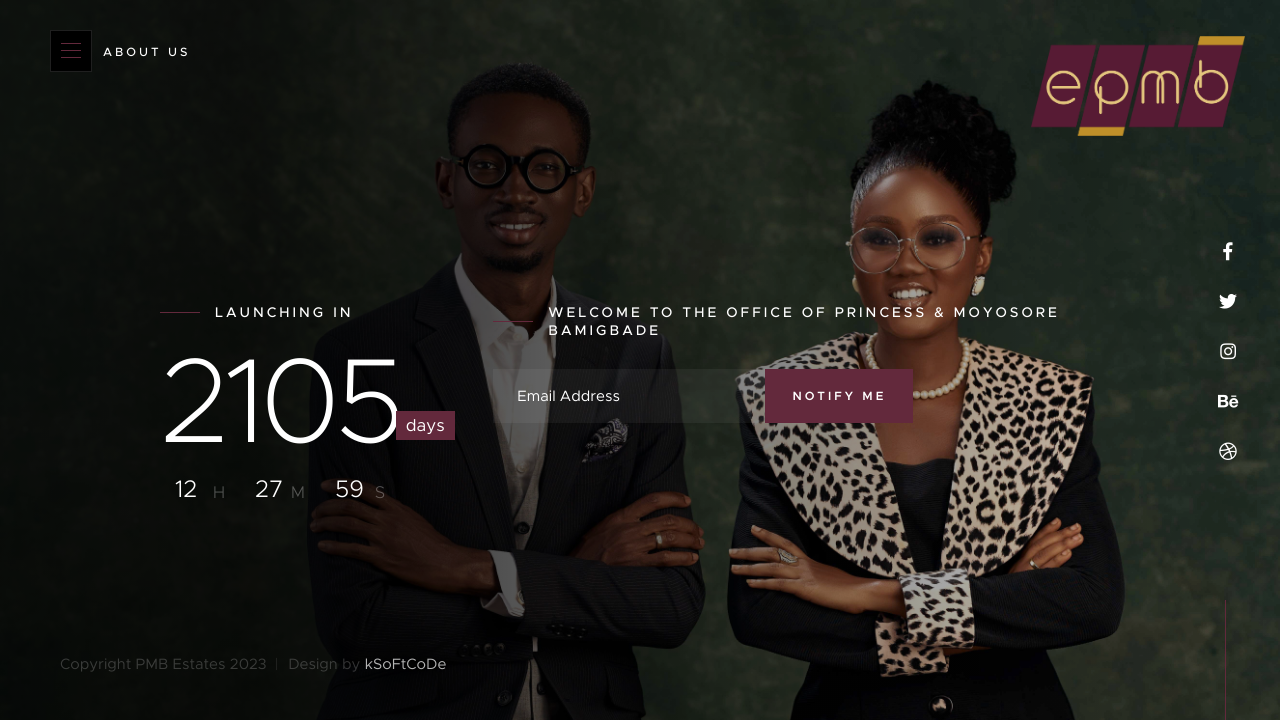
Repository: Ksoftcode/PMB
Page: index.html
These files come from the project's save history. The page is drawn as it stood at one moment and after the next save; the edit follows.
The browser window is 1280 px wide. The pictures show the whole page.

Above is the page before, as saved 2023-03-27 12:44:57.

### index.html
<!DOCTYPE html>
<html class="no-js" lang="en">
<head>

    <!--- basic page needs
    ================================================== -->
    <meta charset="utf-8">
    <title>Launch | EPMB</title>
    <meta name="description" content="">
    <meta name="author" content="">

    <!-- mobile specific metas
    ================================================== -->
    <meta name="viewport" content="width=device-width, initial-scale=1">

    <!-- CSS
    ================================================== -->
    <link rel="stylesheet" href="css/base.css">
    <link rel="stylesheet" href="css/vendor.css">
    <link rel="stylesheet" href="css/main.css">

    <!-- script
    ================================================== -->
    <script src="js/modernizr.js"></script>
    <script src="js/pace.min.js"></script>

    <!-- favicons
    ================================================== -->
    <link rel="shortcut icon" href="favicon.ico" type="image/x-icon">
    <link rel="icon" href="favicon.ico" type="image/x-icon">

</head>

<body>

    <!-- home
    ================================================== -->
    <main class="s-home s-home--static">

        <div class="overlay"></div>

        <div class="home-content">

            <div class="home-logo">
                <a href="index-static.html">
                    <img src="images/logo.png" alt="Homepage">
                </a>
            </div>

            <div class="row home-content__main">

                <div class="col-eight home-content__text pull-right">
                    <h3>Welcome to the office of Princess & Moyosore Bamigbade</h3>

                    <!-- <h1>
                    We are currently working <br>
                    on a new super awesome <br> website.
                    </h1> -->

                    <!-- <p>
                        The future has a way of arriving unannounced.
                    </p> -->

                    <div class="home-content__subscribe">
                        <form id="mc-form" class="group" novalidate="true">
                            <input type="email" value="" name="EMAIL" class="email" id="mc-email" placeholder="Email Address" required="">
                            <input type="submit" name="subscribe" value="Notify Me">
                            <label for="mc-email" class="subscribe-message"></label>
                        </form>
                    </div>
                </div>  <!-- end home-content__text -->

                <div class="col-four home-content__counter">
                    <h3>Launching In</h3>

                    <div class="home-content__clock">
                        <div class="top">
                            <div class="time days">
                                325
                                <span>Days</span>
                            </div>
                        </div>
                        <div class="time hours">
                            09
                            <span>H</span>
                        </div>
                        <div class="time minutes">
                            54
                            <span>M</span>
                        </div>
                        <div class="time seconds">
                            30
                            <span>S</span>
                        </div>
                    </div>  <!-- end home-content__clock -->
                </div>  <!-- end home-content__counter -->

            </div>  <!-- end home-content__main -->

            <ul class="home-social">
                <li>
                <a href="#0"><i class="fab fa-facebook-f" aria-hidden="true"></i><span>Facebook</span></a>
                </li>
                <li>
                <a href="#0"><i class="fab fa-twitter" aria-hidden="true"></i><span>Twiiter</span></a>
                </li>
                <li>
                <a href="#0"><i class="fab fa-instagram" aria-hidden="true"></i><span>Instagram</span></a>
                </li>
                <li>
                <a href="#0"><i class="fab fa-behance" aria-hidden="true"></i><span>Behance</span></a>
                </li>
                <li>
                <a href="#0"><i class="fab fa-dribbble" aria-hidden="true"></i><span>Dribbble</span></a>
                </li>
            </ul> <!-- end home-social -->

            <div class="row home-copyright">
                <span>Copyright PMB Estates 2023</span>
                <span>Design by <a href="#">kSoFtCoDe</a></span>
            </div> <!-- end home-copyright -->

            <div class="home-content__line"></div>

        </div> <!-- end home-content -->

    </main> <!-- end s-home -->

    <!-- info
    ================================================== -->
    <a class="info-toggle" href="#0">
        <span class="info-menu-icon"></span>
    </a>

    <div class="s-info">

        <div class="row info-wrapper">

            <div class="col-seven tab-full info-main">
                <h1>ILORIN: WHERE IT BEGAN</h1>
                <p>
                    Princess & Moyosore’s life and career grew out of deep windy city roots. From their childhood in the south community of Ilorin, through their first contact in Chapel Secondary School in 2004 and 2002 respectively with missionary standards where they became friends. In April, 2015, they began to plan a future together in which Moyosore was already a graduate architect and Princess had just completed her nursing program.
                </p>
            <br>
                <h1>A PROMISE: THE ROYAL WEDDING </h1>
                <p>
                    On April 20th, 2019, Princess & Moyosore got wedded which was a beautiful coincidence with moyosores 27th birthday at the International Convention Centre (ICC), Rhema Chapel Headquarters, Ilorin, Kwara State. Princess & Moyosore pledged a vow of a lifetime commitment built on Godly Christian principles and unswerving adventure.
                </p>
                <br>
                <h1>EDUCATION: A PRIORITY/STANDARD</h1>
                <p>
                    The union of Princess & Moyosore established a standard of continuous learning, unlearning and relearning through education. Princess proceeded for her pediatric nursing training at the Lagos University Teaching Hospital in 2018/2019 where by the grace of God she emerged the overall best student for the pediatrics post basic examination in Nigeria.
                    <br>
                    <br>
                    Moyosore also enrolled for his post graduate program in Federal University of Technology Akure where he also finished with honors. Subsequently, PMB proceeded for further studies. Moyosore bagged a diploma in the Business of Architecture from the European School of Economics. He further enrolled for an MSc in Architecture at University of Ilorin, Ilorin, Kwara State.
                    <br>
                    <br>
                    Princess completed a five (5) years nursing degree from the National Open University of Nigeria with honors. Afterwards, she proceeded for her master’s degree in maternal and child health nursing at Babcock University in 2022.
                    <br>
                    <br>
                    These achievements were constantly stirred by a burning desire to attain the zenith of their profession, where no one is left behind.
                    <center>“ 𝑳𝒊𝒕𝒕𝒍𝒆 𝒃𝒚 𝒍𝒊𝒕𝒕𝒍𝒆, 𝒕𝒉𝒆 𝒃𝒊𝒓𝒅 𝒎𝒂𝒌𝒆𝒔 𝒊𝒕𝒔 𝒏𝒆𝒔𝒕”</center>
                </p>
                <br>
                <br>
                <h1>BUSINESS: NIGHTINGALE AND DOCTORS OUTFIT LIMITED</h1>
                <p>
                    Princess shared her vision with Moyosore in 2015 on changing the narrative and perception of Nigerian nurses through a revolutionized appearance and the inclusivity of informatics in nursing education and practice. The company was birth in April 2016 at a small property equipped with machines and experienced staff. The company has since grown with offices in Ilorin and Lagos with a worldwide distribution network.
                </p>
                <br>
                <br>
                <h1> MB ARCHITECTS LIMITED </h1>
                <p>
                    Princess & Moyosore registered MB Architects limited in August 2017 with both of them as the company’s director. Moyosore had always envisioned owning a private firm of his, and this came to fruition with the support of his lovely wife. They took up roles and responsibilities in ensuring a good service delivery and ensuring nothing was left undone in the absence of one of them. Moyosore could always rely on Princesses intelligence in which she was skilled in penmanship while Moyosore possess numerical competence.
                    <br>
                    <br>
                    The firm has its registered offices in Lagos and Abuja, Nigeria. Princess believes in the dream of Moyosore building and designing over 2,000 structures as she addresses him as the <cite>Greatest Architect of Time.</cite>
                </p>
                <br>
            </div>

            <div class="col-four tab-full pull-right info-contact">

                <div class="info-block">
                    <h3>Start A Conversation</h3>
                    <p>
                        <a href="mailto:#0" class="info-email">mailus@ourwebsite.com</a><br>
                        <a href="tel:+18587338912" class="'info-phone">+1.858.733.8912</a>
                    </p>
                </div>

                <div class="info-block">
                    <h3>Visit Our Office</h3>

                    <p class="info-address">
                        1600 Amphitheatre Parkway<br>
                        Mountain View, CA<br>
                        94043 US
                    </p>
                </div>

                <div class="info-block">
                    <h3>Find Us On</h3>

                    <ul class="info-social">
                        <li>
                            <a href="#0"><i class="fab fa-facebook" aria-hidden="true"></i>
                            <span>Facebook</span></a>
                        </li>
                        <li>
                            <a href="#0"><i class="fab fa-twitter" aria-hidden="true"></i>
                            <span>Twiiter</span></a>
                        </li>
                        <li>
                            <a href="#0"><i class="fab fa-instagram" aria-hidden="true"></i>
                            <span>Instagram</span></a>
                        </li>
                        <li>
                            <a href="#0"><i class="fab fa-behance" aria-hidden="true"></i>
                            <span>Behance</span></a>
                        </li>
                        <li>
                            <a href="#0"><i class="fab fa-dribbble" aria-hidden="true"></i>
                            <span>Dribbble</span></a>
                        </li>
                    </ul>
                </div>

            </div>  <!-- end info contact -->

        </div>  <!-- end info wrapper -->

    </div> <!-- end s-info -->


    <!-- preloader
    ================================================== -->
    <div id="preloader">
        <div id="loader">
            <div class="line-scale-pulse-out">
                <div></div>
                <div></div>
                <div></div>
                <div></div>
                <div></div>
            </div>
        </div>
    </div>

    <!-- Java Script
    ================================================== -->
    <script src="js/jquery-3.2.1.min.js"></script>
    <script src="js/plugins.js"></script>
    <script src="js/main.js"></script>

</body>

</html>

### css/vendor.css
/* ===================================================================
 *
 *  Count v1.0 Vendor/Third Party CSS
 *  04-16-2018
 *  ------------------------------------------------------------------
 *
 *  TOC:
 *  # slick slider
 *
 * =================================================================== */


/* ===================================================================
 * # slick slider
 * http://kenwheeler.github.io/slick/
 * ------------------------------------------------------------------- */
.slick-slider {
  position: relative;
  display: block;
  box-sizing: border-box;
  -webkit-touch-callout: none;
  -webkit-user-select: none;
  -khtml-user-select: none;
  -moz-user-select: none;
  -ms-user-select: none;
  user-select: none;
  -ms-touch-action: pan-y;
  touch-action: pan-y;
  -webkit-tap-highlight-color: transparent;
}

.slick-list {
  position: relative;
  overflow: hidden;
  display: block;
  margin: 0;
  padding: 0;
}

.slick-list:focus {
  outline: none;
}

.slick-list.dragging {
  cursor: pointer;
  cursor: hand;
}

.slick-slider .slick-track,
.slick-slider .slick-list {
  -webkit-transform: translate3d(0, 0, 0);
  -moz-transform: translate3d(0, 0, 0);
  -ms-transform: translate3d(0, 0, 0);
  -o-transform: translate3d(0, 0, 0);
  transform: translate3d(0, 0, 0);
}

.slick-track {
  position: relative;
  left: 0;
  top: 0;
  display: block;
}

.slick-track:before,
.slick-track:after {
  content: "";
  display: table;
}

.slick-track:after {
  clear: both;
}

.slick-loading .slick-track {
  visibility: hidden;
}

.slick-slide {
  float: left;
  height: 100%;
  min-height: 1px;
  display: none;
}

[dir="rtl"] .slick-slide {
  float: right;
}

.slick-slide img {
  display: block;
}

.slick-slide.slick-loading img {
  display: none;
}

.slick-slide.dragging img {
  pointer-events: none;
}

.slick-initialized .slick-slide {
  display: block;
}

.slick-loading .slick-slide {
  visibility: hidden;
}

.slick-vertical .slick-slide {
  display: block;
  height: auto;
  border: 1px solid transparent;
}

.slick-arrow.slick-hidden {
  display: none;
}

/*# sourceMappingURL=vendor.css.map */

### css/fonts.css
/* ===================================================================
 * fonts.scss
 *
 * ------------------------------------------------------------------- */


/*
 * domine
================================================================================ */
@font-face {
  font-family: "domine-regular";
  src: url("../fonts/domine/domine-regular-webfont.woff2") format("woff2"), url("../fonts/domine/domine-regular-webfont.woff") format("woff");
  font-style: normal;
  font-weight: normal;
}

@font-face {
  font-family: "domine-bold";
  src: url("../fonts/domine/domine-bold-webfont.woff2") format("woff2"), url("../fonts/domine/domine-bold-webfont.woff") format("woff");
  font-style: normal;
  font-weight: normal;
}


/*
 * metropolis
================================================================================ */
@font-face {
  font-family: "metropolis-bold";
  src: url("../fonts/metropolis/metropolis-bold-webfont.woff2") format("woff2"), url("../fonts/metropolis/metropolis-bold-webfont.woff") format("woff");
  font-style: normal;
  font-weight: normal;
}

@font-face {
  font-family: "metropolis-semibold";
  src: url("../fonts/metropolis/metropolis-semibold-webfont.woff2") format("woff2"), url("../fonts/metropolis/metropolis-semibold-webfont.woff") format("woff");
  font-style: normal;
  font-weight: normal;
}

@font-face {
  font-family: "metropolis-medium";
  src: url("../fonts/metropolis/metropolis-medium-webfont.woff2") format("woff2"), url("../fonts/metropolis/metropolis-medium-webfont.woff") format("woff");
  font-style: normal;
  font-weight: normal;
}

@font-face {
  font-family: "metropolis-regular";
  src: url("../fonts/metropolis/metropolis-regular-webfont.woff2") format("woff2"), url("../fonts/metropolis/metropolis-regular-webfont.woff") format("woff");
  font-style: normal;
  font-weight: normal;
}

@font-face {
  font-family: "metropolis-light";
  src: url("../fonts/metropolis/metropolis-light-webfont.woff2") format("woff2"), url("../fonts/metropolis/metropolis-light-webfont.woff") format("woff");
  font-style: normal;
  font-weight: normal;
}

@font-face {
  font-family: "metropolis-extralight";
  src: url("../fonts/metropolis/metropolis-extralight-webfont.woff2") format("woff2"), url("../fonts/metropolis/metropolis-extralight-webfont.woff") format("woff");
  font-style: normal;
  font-weight: normal;
}

@font-face {
  font-family: "metropolis-italic";
  src: url("../fonts/metropolis/metropolis-regularitalic-webfont.woff2") format("woff2"), url("../fonts/metropolis/metropolis-regularitalic-webfont.woff") format("woff");
  font-style: normal;
  font-weight: normal;
}

/*# sourceMappingURL=fonts.css.map */

Loaded but not shown: js/modernizr.js (library); js/pace.min.js (library); js/jquery-3.2.1.min.js (library); js/plugins.js (library); css/font-awesome/css/fontawesome-all.css (library); js/main.js (160 lines, source omitted); css/main.css (2385 lines, source omitted); css/base.css (949 lines, source omitted)

After the next save:
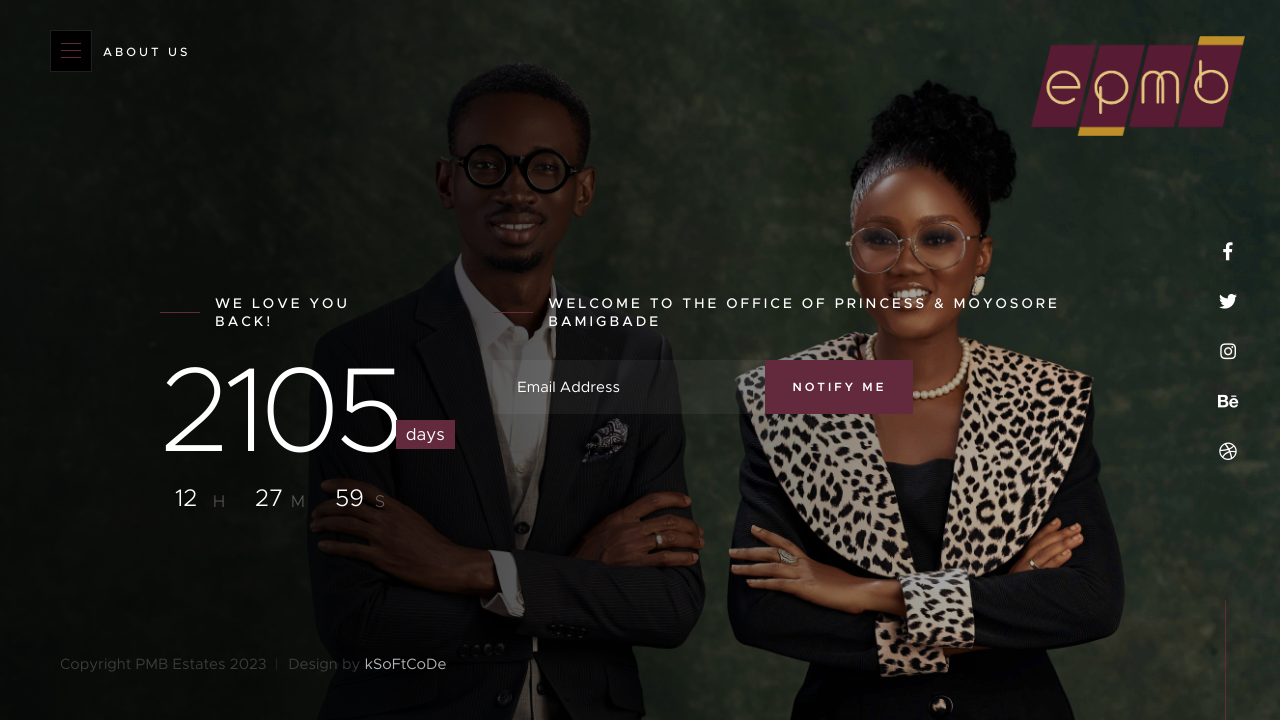
Saved 34 s later.
--- a/index.html
+++ b/index.html
@@ -71,7 +71,7 @@
                 </div>  <!-- end home-content__text -->
 
                 <div class="col-four home-content__counter">
-                    <h3>Launching In</h3>
+                    <h3>We Love You Back!</h3>
 
                     <div class="home-content__clock">
                         <div class="top">
